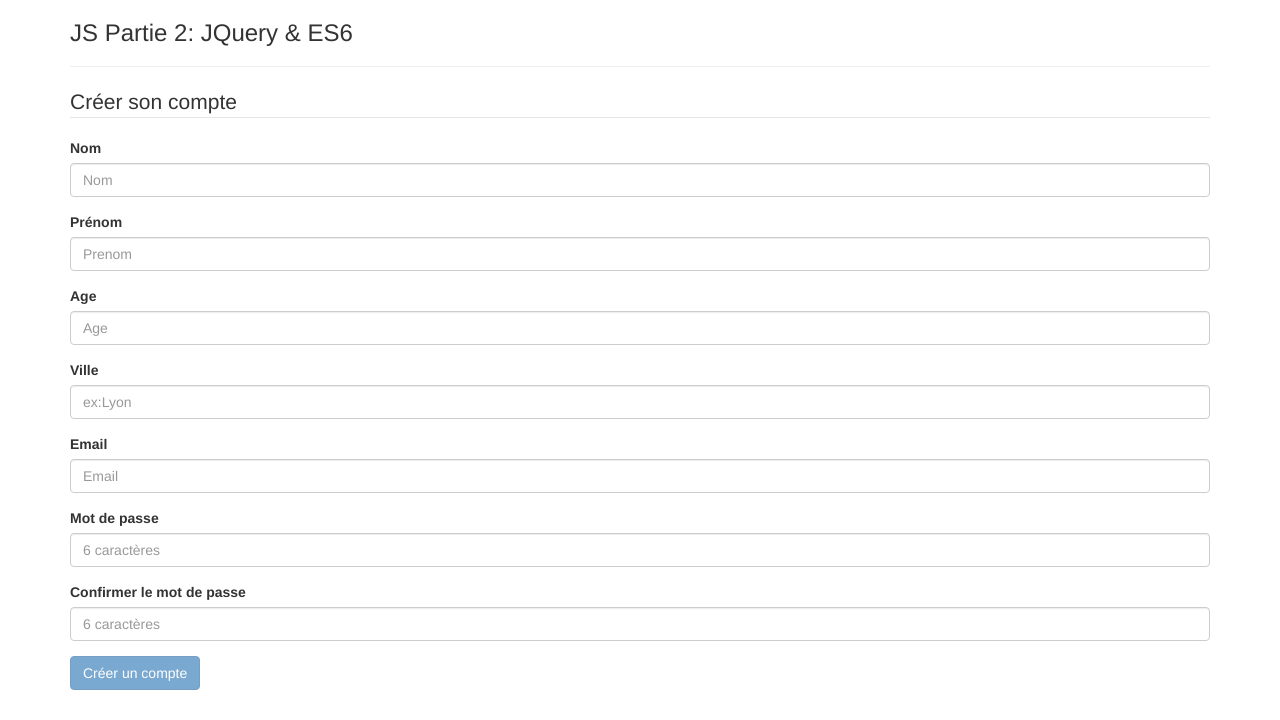
Repository: Symfomany/WildJQueryForm
Page: index.html
These files come from the project's save history. The page is drawn as it stood at one moment and after the next save; the edit follows.
The browser window is 1280 px wide. The pictures show the whole page.

Above is the page before, as saved 2017-03-06 06:57:45.

After the next save:
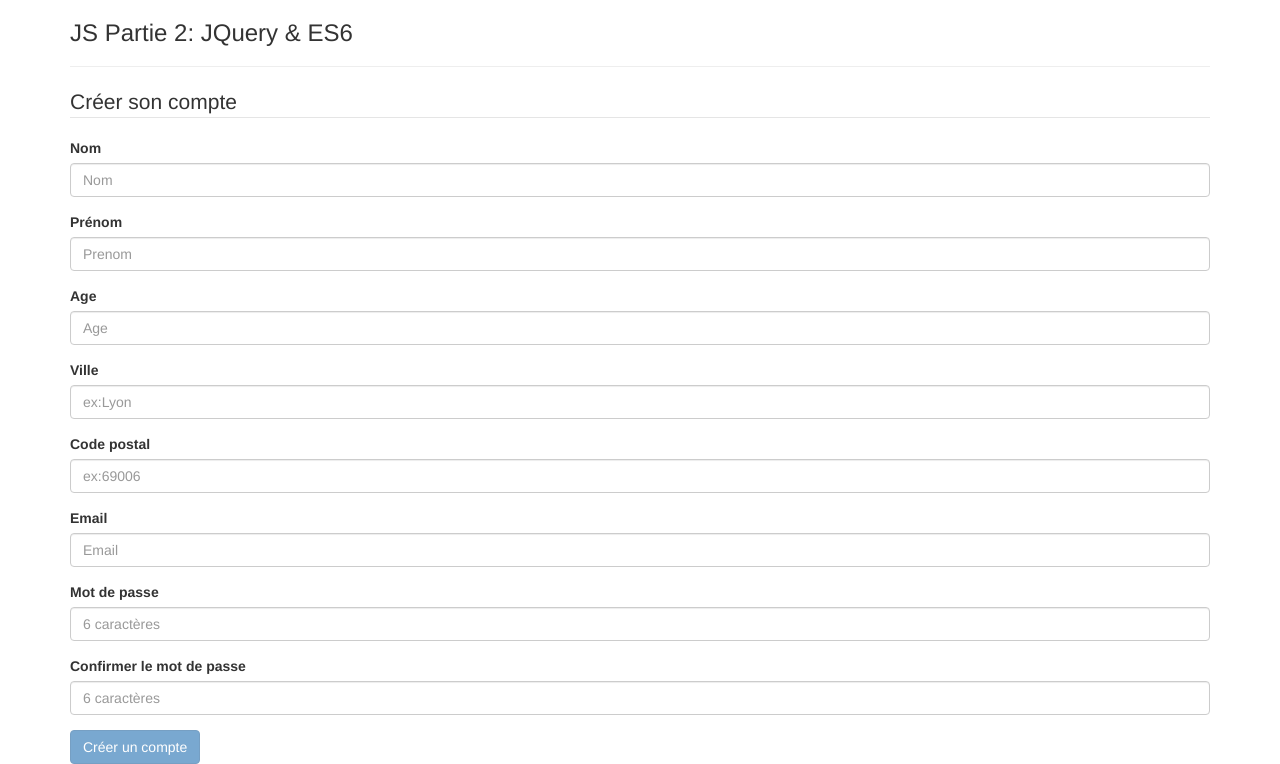
Saved 33 s later.
--- a/index.html
+++ b/index.html
@@ -42,6 +42,11 @@
             </div>
 
             <div class="form-group">
+                <label for="">Code postal</label>
+                <input type="text" class="form-control" id="cp" placeholder="ex:69006">
+            </div>
+
+            <div class="form-group">
                 <label for="">Email</label>
                 <input type="email" class="form-control" id="email" placeholder="Email">
             </div>
